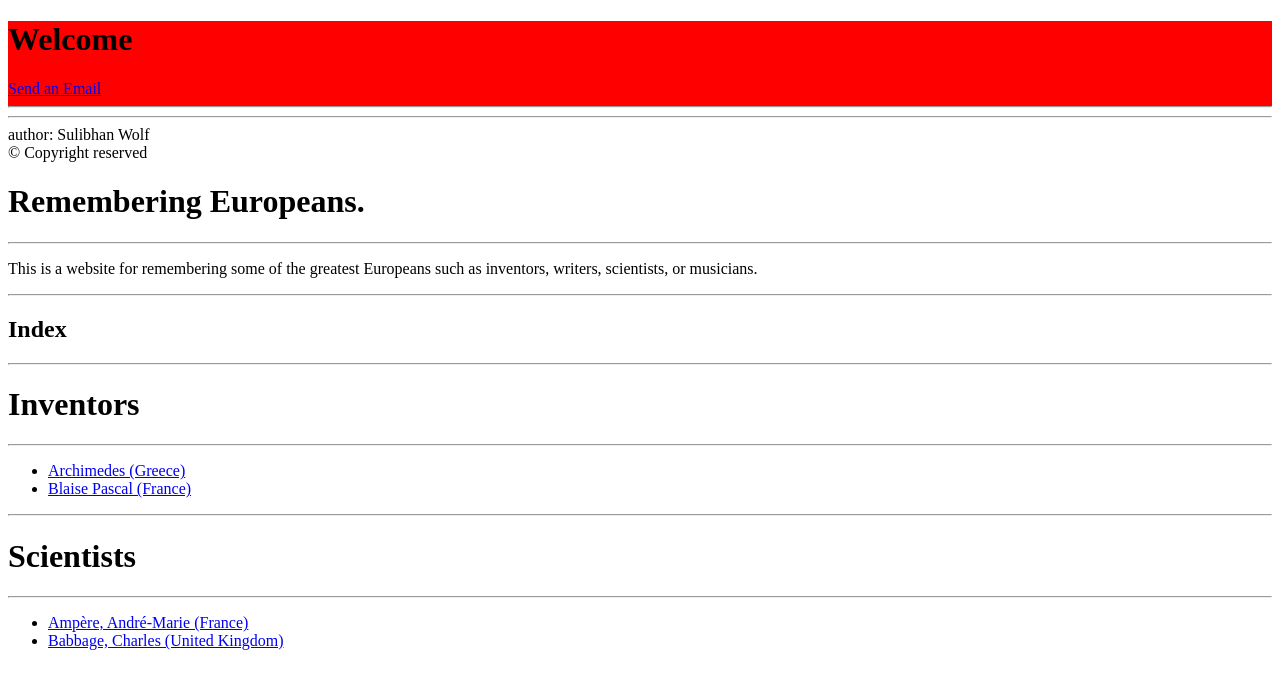
Repository: tomahawk2811/europe-website
Page: index.html
An editor plug-in stored every save of this project. The page is shown before and after the next save, followed by the edit.
The browser window is 1280 px wide. The pictures show the whole page.
Some web fonts or font styles are not loaded; a fallback is used.

Above is the page before, as saved 2023-09-06 17:57:41.

### index.html
<!DOCTYPE html>
<html lang="en">
<head>
    <meta charset="UTF-8">
    <title>Remembering the most popular figures from Europe.</title>
    <link rel="preconnect" href="https://fonts.googleapis.com">
    <link rel="preconnect" href="https://fonts.gstatic.com" crossorigin>
    <link href="https://fonts.googleapis.com/css2?family=Atkinson+Hyperlegible:ital@1&display=swap" rel="stylesheet">
    <link href="/reportissue.html">
    <style>
        .inventor-info {
            display: none;
        }
    </style>
</head>
<body>
    <header style="background-color:rgb(255, 0, 0)">
        <h1>Welcome</h1>
        <a href="mailto:sulibhanwolf88@gmail.com">Send an Email</a>
        <hr>
    </header>

    <footer>
        <hr>
        author: Sulibhan Wolf<br>
        &copy; Copyright reserved<br>
    </footer>

    <h1>Remembering Europeans.</h1>
    <hr>
    <p>
        This is a website for remembering some of the greatest Europeans such as inventors, writers, scientists, or musicians.
    </p>
    <hr>

    <div class="box" id="box1">
        <h2>Index</h2>
        <hr>
        <h1>Inventors</h1>
        <hr>
        <ul id="inventors-list">
            <li><a href="#" onclick="showInventor('archimedes')">Archimedes (Greece)</a></li>
            <li><a href="#" onclick="showInventor('blaisePascal')">Blaise Pascal (France)</a></li>
            <!-- Add more inventor names with their respective onclick events -->
        </ul>

        <hr>
        <h1>Scientists</h1>
        <hr>
        <ul id="scientists-list">
            <li><a href="#" onclick="showInventor('andreAmpere')">Ampère, André-Marie (France)</a></li>
            <li><a href="#" onclick="showInventor('charlesBabbage')">Babbage, Charles (United Kingdom)</a></li>
            <!-- Add more scientist names with their respective onclick events -->
        </ul>
    </div>

    <div id="inventors-info">
        <!-- Inventor information will be displayed here -->
        <div id="archimedes" class="inventor-info">
            <h2>Archimedes (Greece)</h2>
            <p>Known for his contributions to mathematics and inventions like the Archimedes Screw.</p>
        </div>
        <div id="blaisePascal" class="inventor-info">
            <h2>Blaise Pascal (France)</h2>
            <p>Inventor of the Pascaline, an early mechanical calculator.</p>
        </div>
        <!-- Add more inventor information divs for each inventor -->
    </div>

    <script>
        function showInventor(inventorId) {
            // Hide all inventor information divs
            const inventorInfoDivs = document.querySelectorAll('.inventor-info');
            inventorInfoDivs.forEach(div => {
                div.style.display = 'none';
            });

            // Show the selected inventor's information
            const selectedInventorInfo = document.getElementById(inventorId);
            selectedInventorInfo.style.display = 'block';
        }
    </script>
</body>
</html>

After the next save:
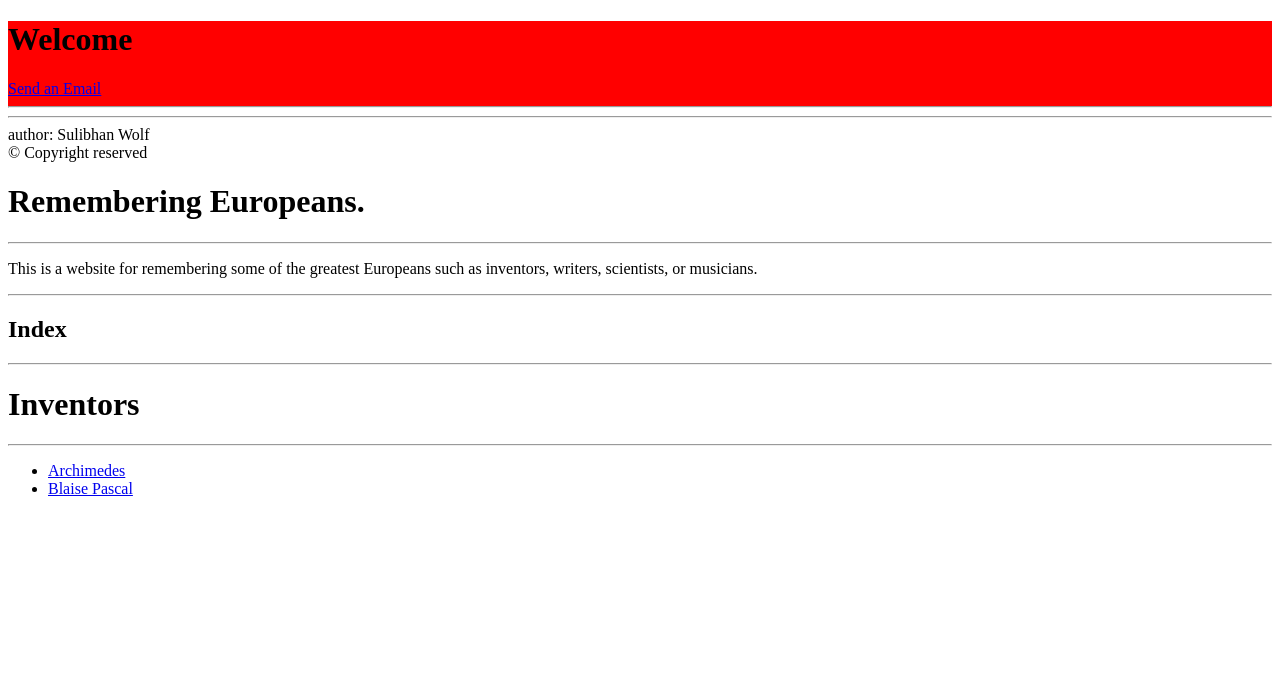
Saved 51 s later.
--- a/index.html
+++ b/index.html
@@ -38,33 +38,11 @@
         <hr>
         <h1>Inventors</h1>
         <hr>
-        <ul id="inventors-list">
-            <li><a href="#" onclick="showInventor('archimedes')">Archimedes (Greece)</a></li>
-            <li><a href="#" onclick="showInventor('blaisePascal')">Blaise Pascal (France)</a></li>
-            <!-- Add more inventor names with their respective onclick events -->
+        <ul>
+            <li><a href="inventors.html#archimedes">Archimedes</a></li>
+            <li><a href="inventors.html#blaisePascal">Blaise Pascal</a></li>
+            <!-- Add more inventor names with their respective anchor links -->
         </ul>
-
-        <hr>
-        <h1>Scientists</h1>
-        <hr>
-        <ul id="scientists-list">
-            <li><a href="#" onclick="showInventor('andreAmpere')">Ampère, André-Marie (France)</a></li>
-            <li><a href="#" onclick="showInventor('charlesBabbage')">Babbage, Charles (United Kingdom)</a></li>
-            <!-- Add more scientist names with their respective onclick events -->
-        </ul>
-    </div>
-
-    <div id="inventors-info">
-        <!-- Inventor information will be displayed here -->
-        <div id="archimedes" class="inventor-info">
-            <h2>Archimedes (Greece)</h2>
-            <p>Known for his contributions to mathematics and inventions like the Archimedes Screw.</p>
-        </div>
-        <div id="blaisePascal" class="inventor-info">
-            <h2>Blaise Pascal (France)</h2>
-            <p>Inventor of the Pascaline, an early mechanical calculator.</p>
-        </div>
-        <!-- Add more inventor information divs for each inventor -->
     </div>
 
     <script>
